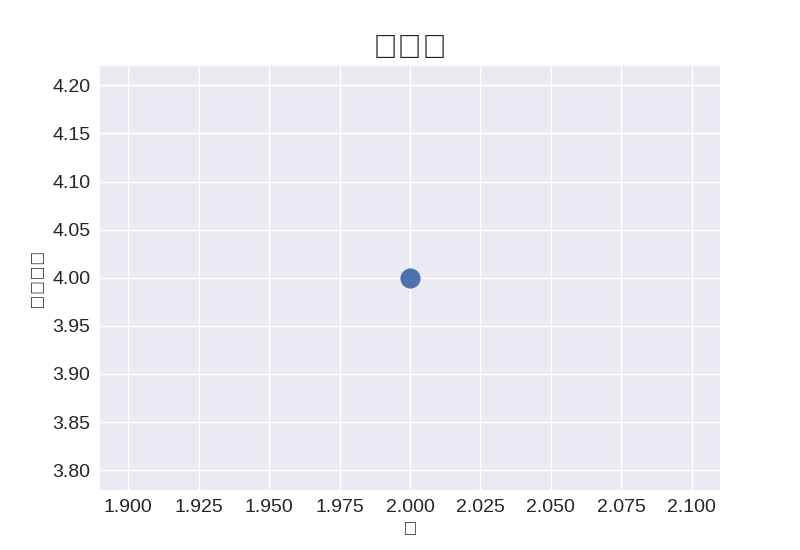
Repository: wh-debug/Matplotlib
Script's output: python make_scatter.py
These files come from the project's save history. The script's output is drawn as it stood at one moment and after the next save; the edit follows.
Random numbers start from a fixed seed.

Above is the script's output before, as saved 2021-02-20 08:41:37.

### make_scatter.py
'''
Author: your name
Date: 2021-02-20 08:00:13
LastEditTime: 2021-02-20 08:41:37
LastEditors: Please set LastEditors
Description: In User Settings Edit
FilePath: \Matplotlib\make_scatter.py
'''
import matplotlib.pyplot as plt

plt.style.use('seaborn')
fig, ax = plt.subplots()
ax.scatter(2, 4, s=200)

ax.set_title("平方数", fontsize=24)
ax.set_xlabel("值", fontsize=14)
ax.set_ylabel("值的平方", fontsize=14)

ax.tick_params(axis='both', which='major', labelsize=14)

plt.show()

After the next save:
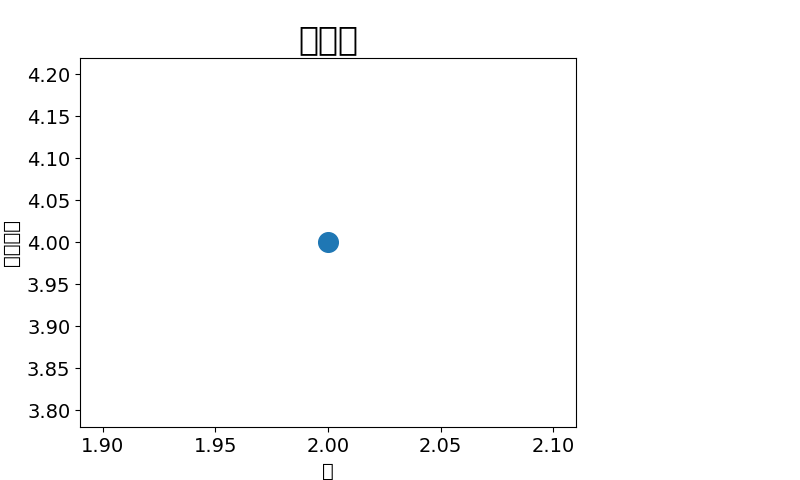
Saved 3 min 47 s later.
--- a/make_scatter.py
+++ b/make_scatter.py
@@ -1,14 +1,14 @@
 '''
 Author: your name
 Date: 2021-02-20 08:00:13
-LastEditTime: 2021-02-20 08:41:37
+LastEditTime: 2021-02-20 08:45:24
 LastEditors: Please set LastEditors
 Description: In User Settings Edit
 FilePath: \Matplotlib\make_scatter.py
 '''
 import matplotlib.pyplot as plt
 
-plt.style.use('seaborn')
+#plt.style.use('seaborn')
 fig, ax = plt.subplots()
 ax.scatter(2, 4, s=200)
 

After the save that followed:
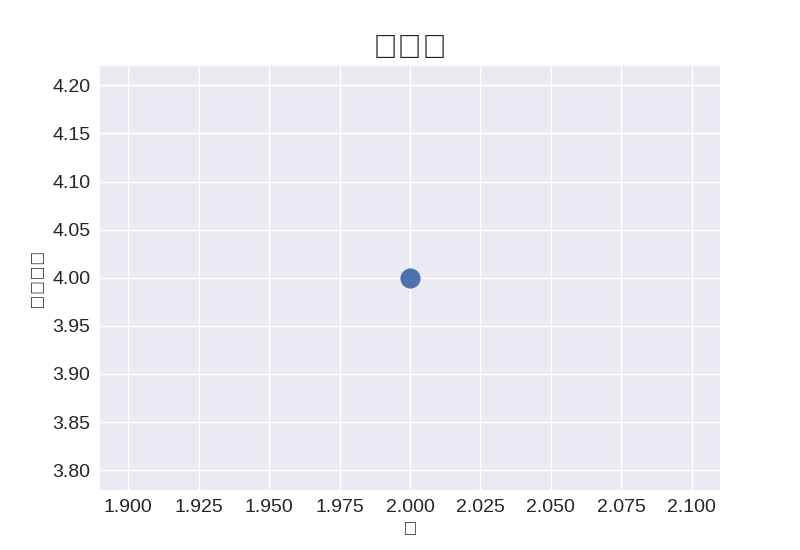
Saved 2 min 33 s later.
--- a/make_scatter.py
+++ b/make_scatter.py
@@ -1,14 +1,15 @@
 '''
 Author: your name
 Date: 2021-02-20 08:00:13
-LastEditTime: 2021-02-20 08:45:24
+LastEditTime: 2021-02-20 08:47:57
 LastEditors: Please set LastEditors
 Description: In User Settings Edit
 FilePath: \Matplotlib\make_scatter.py
 '''
 import matplotlib.pyplot as plt
+import seaborn as sns
 
-#plt.style.use('seaborn')
+plt.style.use('seaborn')
 fig, ax = plt.subplots()
 ax.scatter(2, 4, s=200)
 
